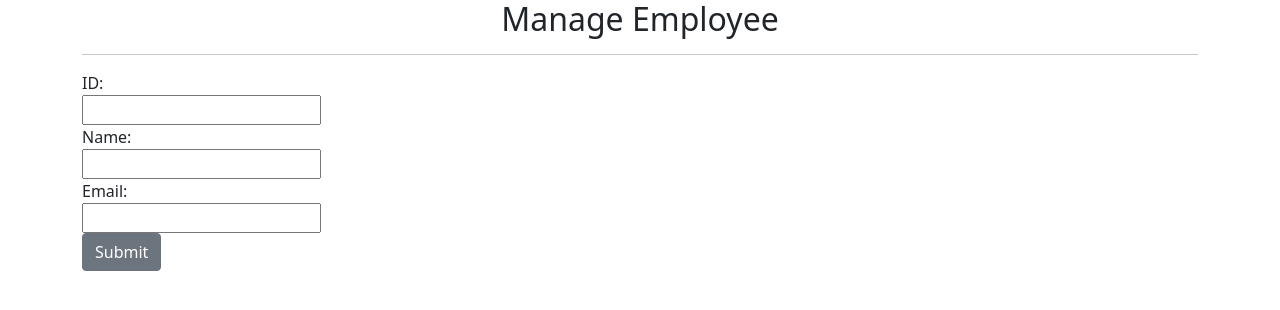
Repository: pradeep9689/monoceptAssignment
Page: http://localhost/09-student-mvc-db/addStudent.jsp
An editor plug-in stored every save of this project. The page is shown before and after the next save, followed by the edit.
The browser window is 1280 px wide. The pictures show the whole page.
The page is served by Tomcat 9. Other server files are loaded and not shown.

Above is the page before, as saved 2024-07-17 07:23:30.

### 09-student-mvc-db/WebContent/addStudent.jsp
<%@ page language="java" contentType="text/html; charset=ISO-8859-1"
    pageEncoding="ISO-8859-1"%>
<!DOCTYPE html>
<html>
<head>
<meta charset="ISO-8859-1">
<title>Insert title here</title>
 <link href="https://cdn.jsdelivr.net/npm/bootstrap@5.0.2/dist/css/bootstrap.min.css" rel="stylesheet" integrity="sha384-EVSTQN3/azprG1Anm3QDgpJLIm9Nao0Yz1ztcQTwFspd3yD65VohhpuuCOmLASjC" crossorigin="anonymous">
</head>
<body>
<div class="container">
<div class ="text-center">
 <h2>Manage Employee</h2>
 </div>
 <hr>
    <form action="" method="get">
        <label for="id"> ID:</label><br>
        <input type="text" id="student_id" name="stu_id" required><br>
        <label for="name">Name:</label><br>
        <input type="text" id="student_name" name="student_name"><br>
        <label for="mail">Email:</label><br>
        <input type="text" id="student_mail" name="student_mail"><br>

        <input type="submit" class="btn btn-secondary"  >
    </form>
    </div>
</body>
</html>

After the next save:
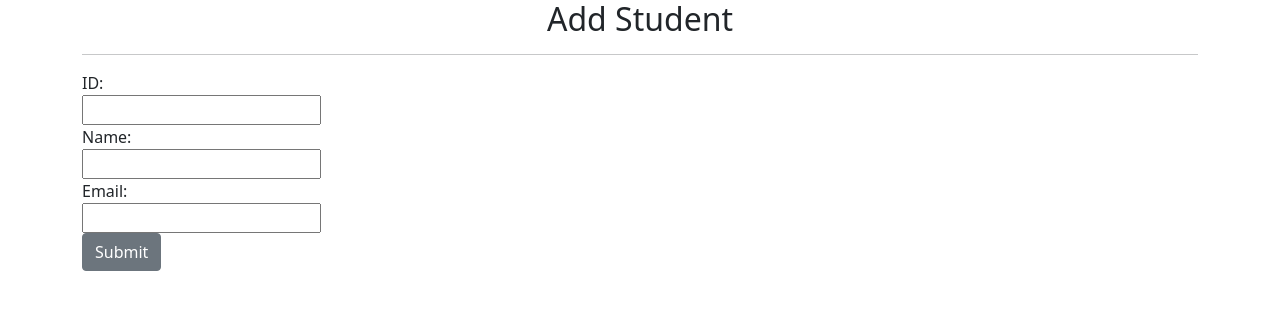
Saved 57 s later.
--- a/09-student-mvc-db/WebContent/addStudent.jsp
+++ b/09-student-mvc-db/WebContent/addStudent.jsp
@@ -10,7 +10,7 @@
 <body>
 <div class="container">
 <div class ="text-center">
- <h2>Manage Employee</h2>
+ <h2>Add Student</h2>
  </div>
  <hr>
     <form action="" method="get">
